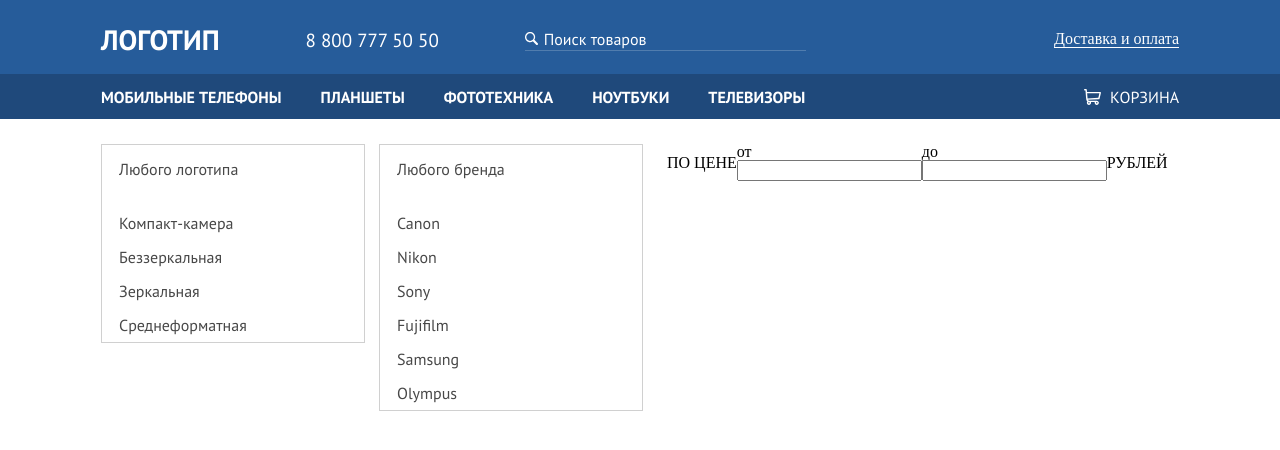
Repository: sem1103/WEBCompany
Page: index.html
These files come from the project's save history. The page is drawn as it stood at one moment and after the next save; the edit follows.
The browser window is 1280 px wide. The pictures show the whole page.

Above is the page before, as saved 2024-01-11 20:44:03.

After the next save:
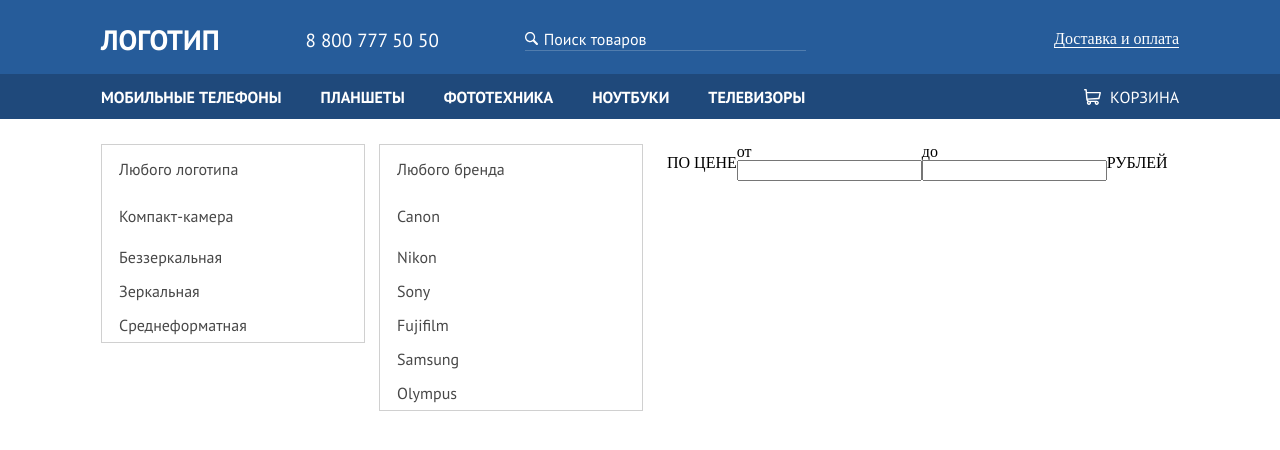
Saved 24 s later.
--- a/styles/main.css
+++ b/styles/main.css
@@ -124,5 +124,8 @@ nav li{
     background: #E8EEFF;
 }
 .list p:first-child{
-    margin-top: 14px;
+    margin-top: 7px;
 }
+.list p:first-child{
+    margin-bottom: 7px;
+}
